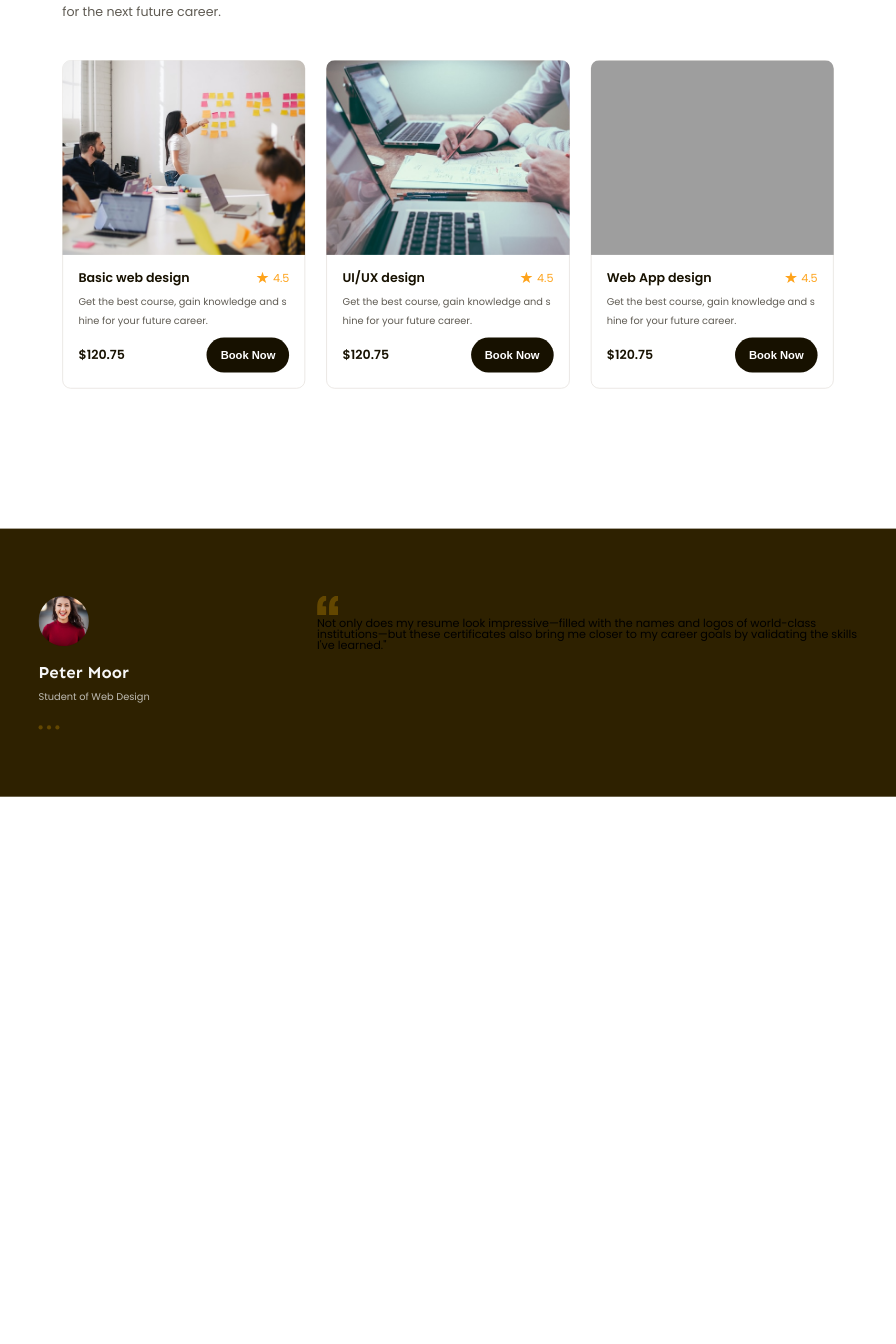
Repository: anhtien111198/f8-htmlcss-02
Page: index.html
An editor plug-in stored every save of this project. The page is shown before and after the next save, followed by the edit.
The browser window is 1280 px wide. The pictures show the part of the page from y = 1193 to 3113 px (the page is 5000 px tall), at 70% of full size.
Pictures or frames that could not be fetched are drawn as grey boxes. A picture or video elsewhere on the page could not be fetched, so the positions and the page height are approximate.

Above is the page before, as saved 2023-05-09 13:08:13.

After the next save:
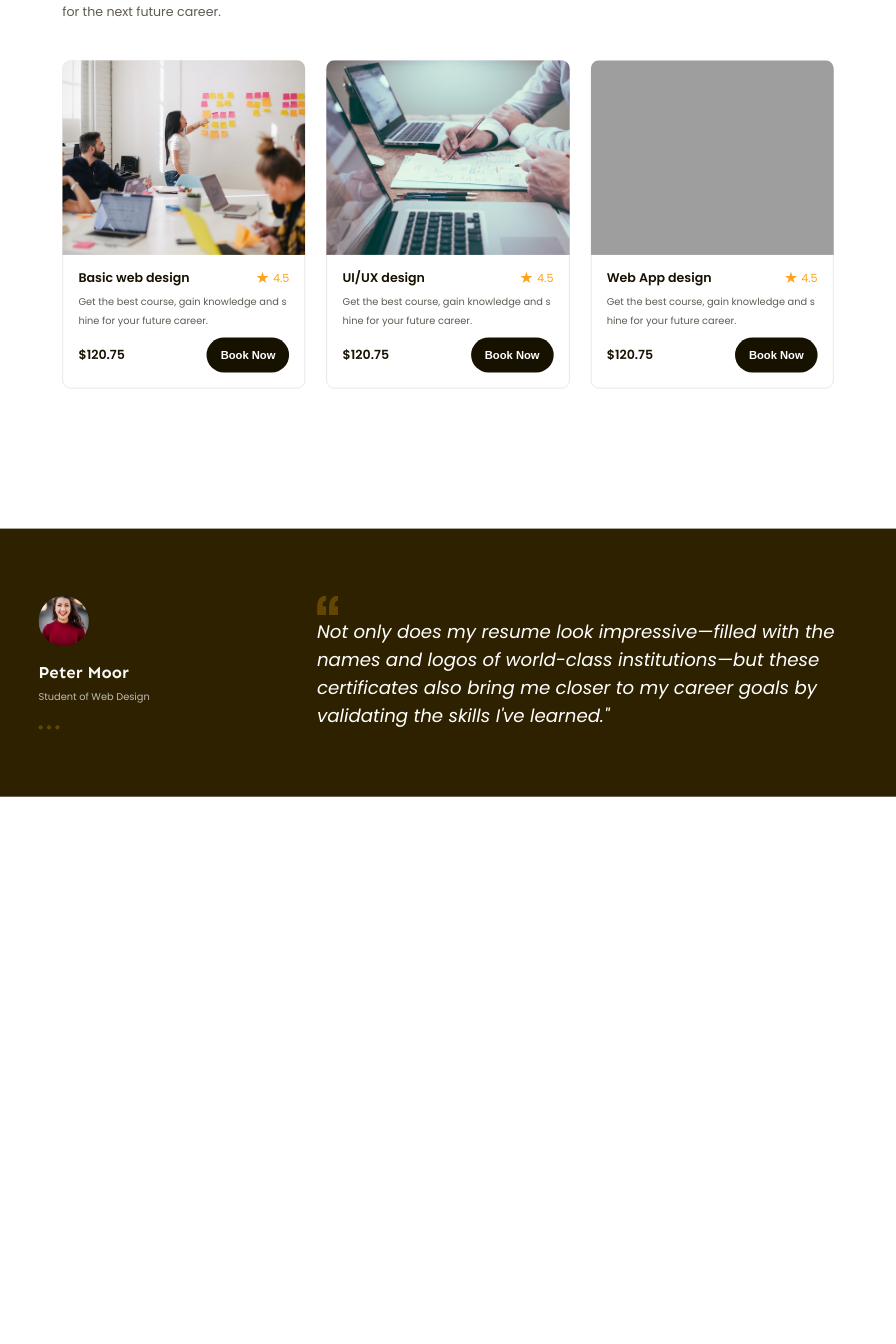
Saved 76 s later.
--- a/assets/css/style.css
+++ b/assets/css/style.css
@@ -400,3 +400,10 @@ a {
     width: 66%;
     margin-left: auto;
 }
+.feedback-item .content blockquote {
+    font-style: italic;
+    font-weight: 400;
+    font-size: 2.6rem;
+    line-height: 1.54;
+    color: #ffffff;
+}
